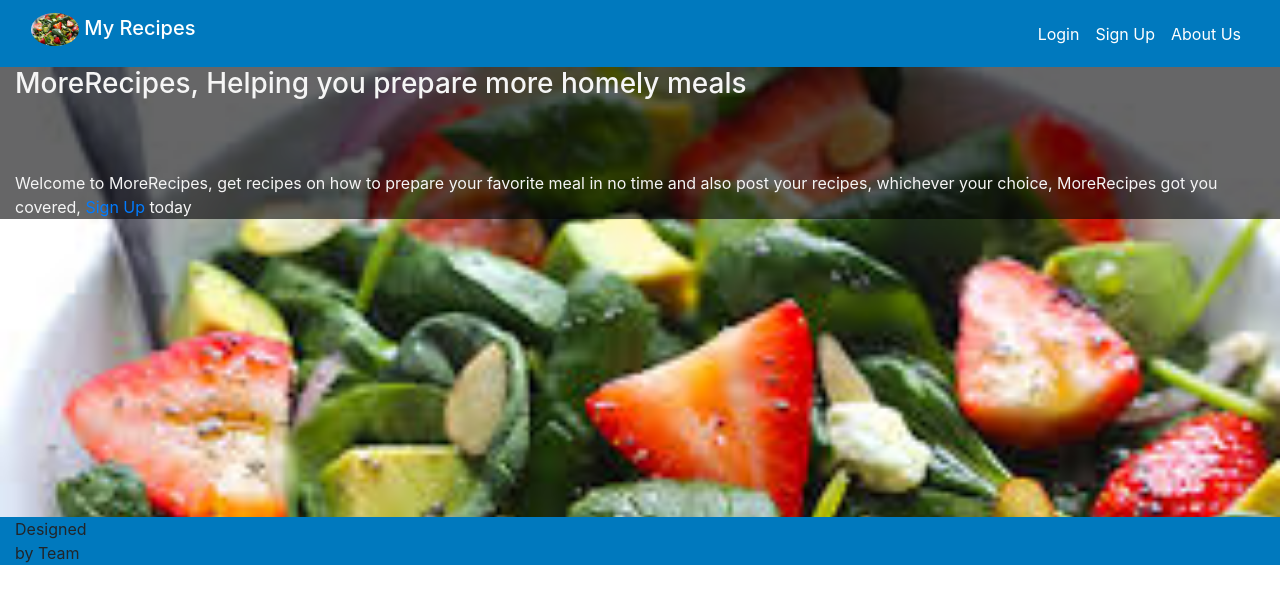
Repository: UggoPrince/more-recipes
Page: html/index.html
An editor plug-in stored every save of this project. The page is shown before and after the next save, followed by the edit.
The browser window is 1280 px wide. The pictures show the whole page.

Above is the page before, as saved 2018-07-30 06:59:22.

### html/index.html
<html lang="en">
<head>
  <meta charset="UTF-8">
  <meta name="viewport" content="width=device-width, initial-scale=1.0">
  <meta http-equiv="X-UA-Compatible" content="ie=edge">
  <link rel="stylesheet" href="https://maxcdn.bootstrapcdn.com/bootstrap/4.0.0/css/bootstrap.min.css" integrity="sha384-Gn5384xqQ1aoWXA+058RXPxPg6fy4IWvTNh0E263XmFcJlSAwiGgFAW/dAiS6JXm" crossorigin="anonymous"/>
  <style>
    main {
      background-color: rgba(0, 0, 3, 0.6);
      color: whitesmoke;
    }
    div#content {
      background-size: 100vw;
      background-repeat: no-repeat;
      background-image: url(../img/nav-image.jpg);
      background-size: cover;
      height: 450px;
      background-repeat: no-repeat;
    }
    nav {
      background-color: #0079be;
      color: white;
    }
    .nav-link {
      color: white;
    }
  </style>
  <title>My Recipes Homepage</title>
</head>
<body>
  <nav class="xnav navbar navbar-expand-lg">
    <div class="container-fluid">
      <h3 style="color: white;" class="navbar-brand">
        <img class="rounded-circle" src="../img/nav-image.jpg" style="width: 48px;" alt="logo"/>
        My Recipes
      </h3>
      <button class="navbar-toggler" type="button" data-toggle="collapse" aria-controls="navDropdown" aria-expanded="false" aria-label="Toggle Navigation" data-target="#navDropdown" >
        <span class="navbar-toggler-icon"></span>
      </button>
      <div class="collapse navbar-collapse justify-content-end brand-anchor" id="navDropdown">
        <ul class="navbar-nav">
          <li class="nav-item">
            <a class="nav-link" href="login.html">Login</a>
          </li>
          <li class="nav-item">
            <a class="nav-link" href="signup.html">Sign Up</a>
          </li>
          <li class="nav-item">
            <a class="nav-link" href="about.html">About Us</a>
          </li>
        </ul>
      </div>
    </div>
  </nav>
  <div id="content">
    <main class="container-fluid">
      <h3>MoreRecipes, Helping you prepare more homely meals</h3>
      <div style="padding-top: 5%">
          Welcome to MoreRecipes, get recipes on how to prepare your favorite meal in no time and also post your recipes, whichever your choice, MoreRecipes got you covered, <a href="signup.html">Sign Up</a> today
      </div>

    </main>
  </div>
  <footer class="container-fluid" style="background-color: #0079be;">
    <div class="row">
      <div class="col-1">Designed by Team</div>
    </div>
  </footer>
</body>
</html>

After the next save:
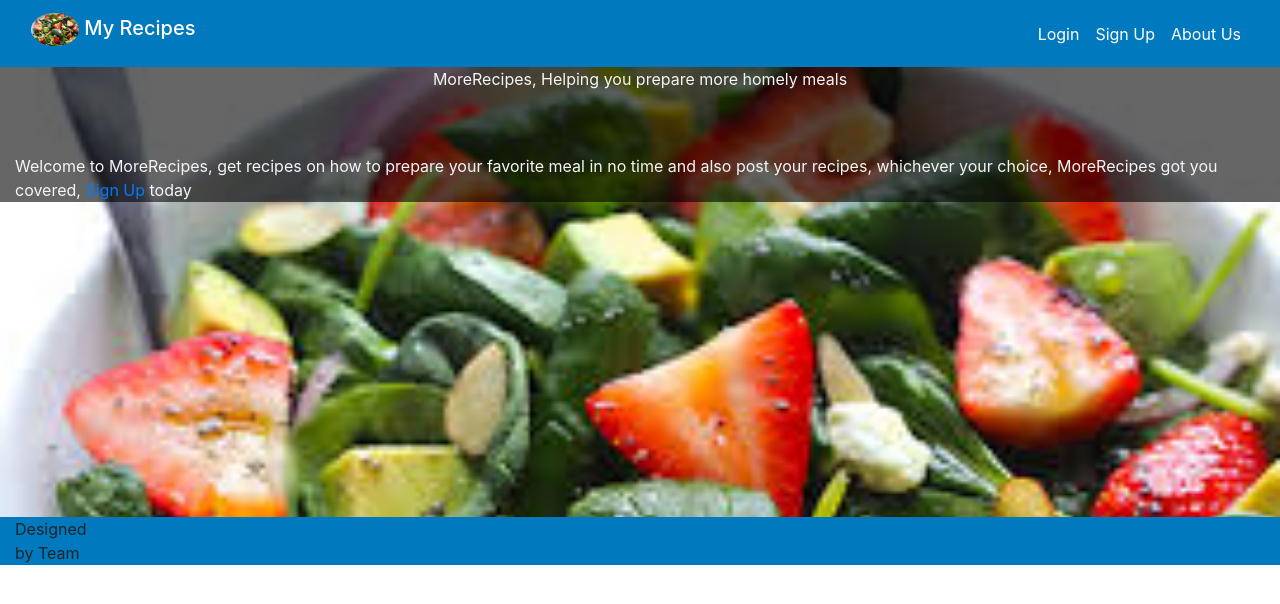
Saved 29 s later.
--- a/html/index.html
+++ b/html/index.html
@@ -54,7 +54,7 @@
   </nav>
   <div id="content">
     <main class="container-fluid">
-      <h3>MoreRecipes, Helping you prepare more homely meals</h3>
+      <center>MoreRecipes, Helping you prepare more homely meals</h3></center>
       <div style="padding-top: 5%">
           Welcome to MoreRecipes, get recipes on how to prepare your favorite meal in no time and also post your recipes, whichever your choice, MoreRecipes got you covered, <a href="signup.html">Sign Up</a> today
       </div>
